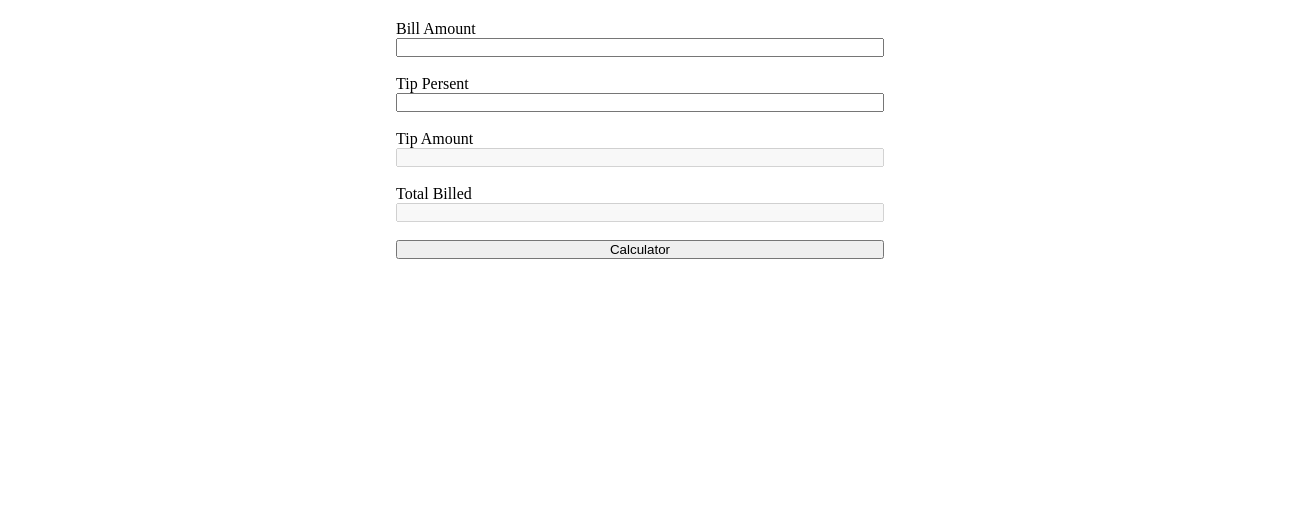
Repository: ZainAkbar51214/Tip-Calculator
Page: index.html
These files come from the project's save history. The page is drawn as it stood at one moment and after the next save; the edit follows.
The browser window is 1280 px wide. The page is 1300 px wide, so the pictures cover 1300 px, including what lies to the right of the window. The pictures show the whole page.
The style sheet was rebuilt from its Sass, Less or Tailwind sources for each picture, by a compiler version that may differ from the author's.

Above is the page before, as saved 2024-03-25 10:03:29.

### index.html
<!DOCTYPE html>
<html lang="en">

<head>
    <meta charset="UTF-8">
    <meta name="viewport" content="width=device-width, initial-scale=1.0">
    <title>Tip Calculator</title>
    <!-- css custom link -->
    <link rel="stylesheet" href="css/style.css">
</head>

<body>
    <div class="container">
        <div class="row">
            <div class="col">
                <div class="calculator">
                    <label>Bill Amount</label>
                    <input type="text" name="" id="tip_amount">
                    <br>
                    <label>Tip Persent</label>
                    <input type="text" name="" id="tip_persent">
                    <br>
                    <label>Tip Amount</label>
                    <input type="text" name="" id="tip_total" disabled>
                    <br>
                    <label>Total Billed</label>
                    <input type="text" name="" id="total_billed" disabled>
                    <br>
                    <button class="btn" onclick="tipCalculate()">Calculator</button>
                </div>
            </div>
        </div>
    </div>
</body>

</html>

### css/style.scss
*{
    margin: 0;
    padding: 0;
    box-sizing: border-box;
}

.container{
    width: 100%;
    max-width: 1350px;
    margin: auto;
    height: 100vh;

    .row{
        display: flex;
        flex-wrap: wrap;
        margin-left: -20px;
        margin-right: -20px;

        .col{
            flex: 0 0 40%;
            margin: auto;
            padding: 20px;

            .calculator{
                display: flex;
                flex-direction: column;
            }
        }
    }
}

After the next save:
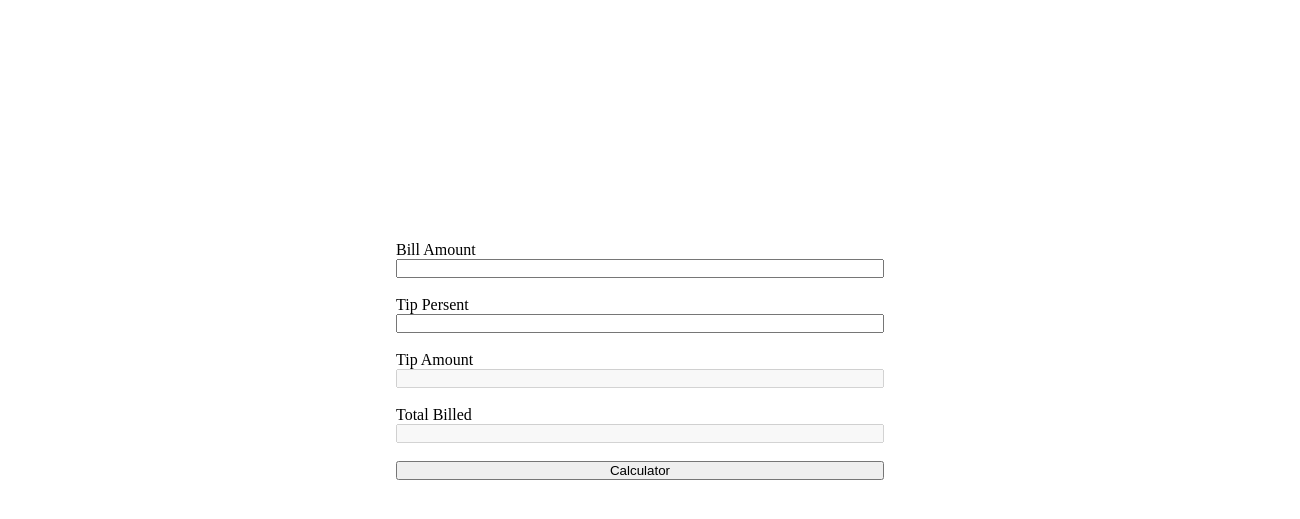
Saved 6 s later.
--- a/css/style.scss
+++ b/css/style.scss
@@ -8,13 +8,13 @@
     width: 100%;
     max-width: 1350px;
     margin: auto;
-    height: 100vh;
 
     .row{
         display: flex;
         flex-wrap: wrap;
         margin-left: -20px;
         margin-right: -20px;
+        height: 100vh;
 
         .col{
             flex: 0 0 40%;
